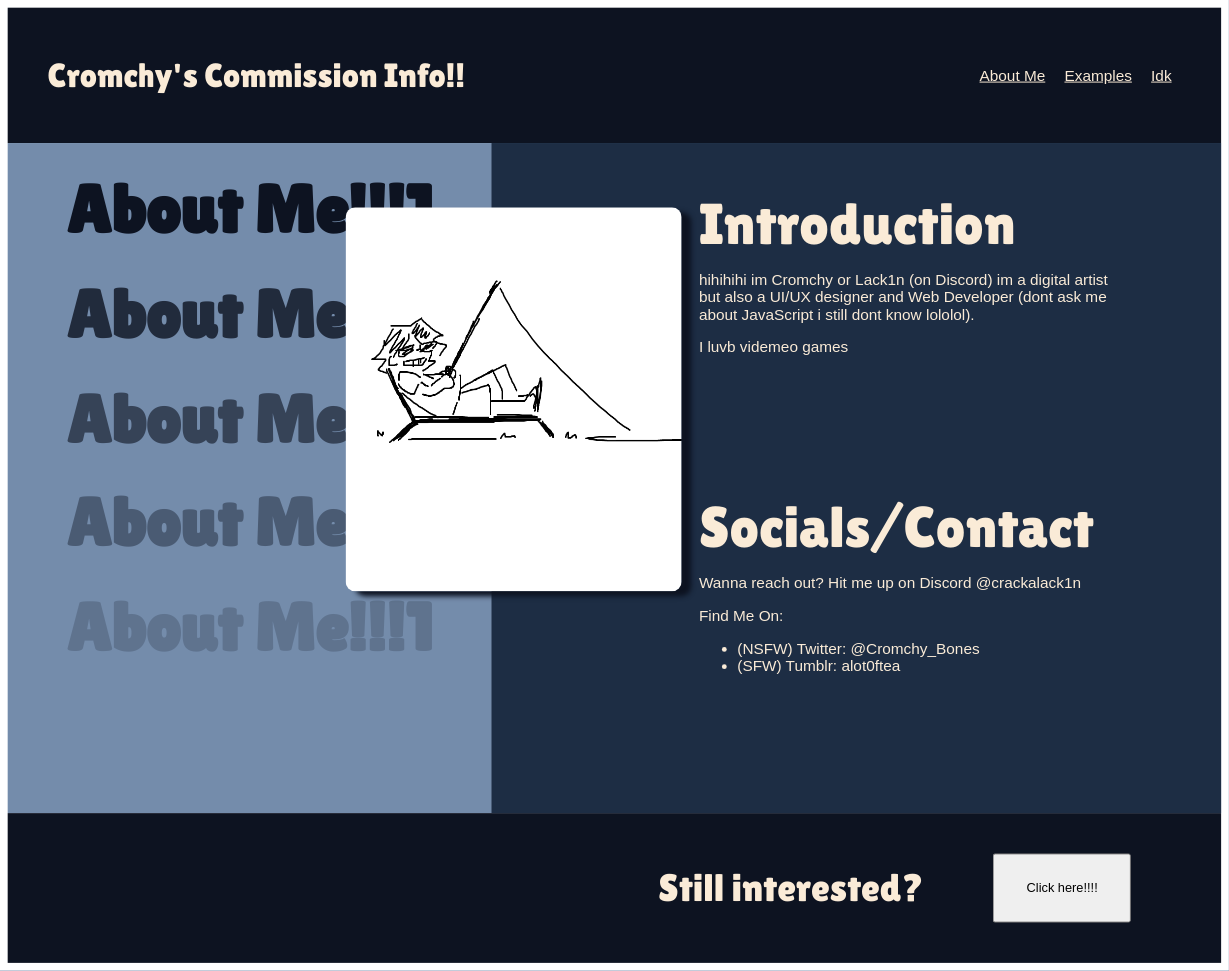
Repository: crackaLack1n/Cromchys_Commission_Site
Page: /
An editor plug-in stored every save of this project. The page is shown before and after the next save, followed by the edit.
The browser window is 1280 px wide. The pictures show the whole page, at 96% of full size.
The project was rebuilt for these pictures with package versions that can differ from the ones it lists, and the page was loaded fresh each time. The framework's server and built-in components were replaced by stand-ins that run in the browser. Also part of the build but not shown: next.config.mjs.

Above is the page before, as saved 2024-06-11 16:33:45.

After the next save:
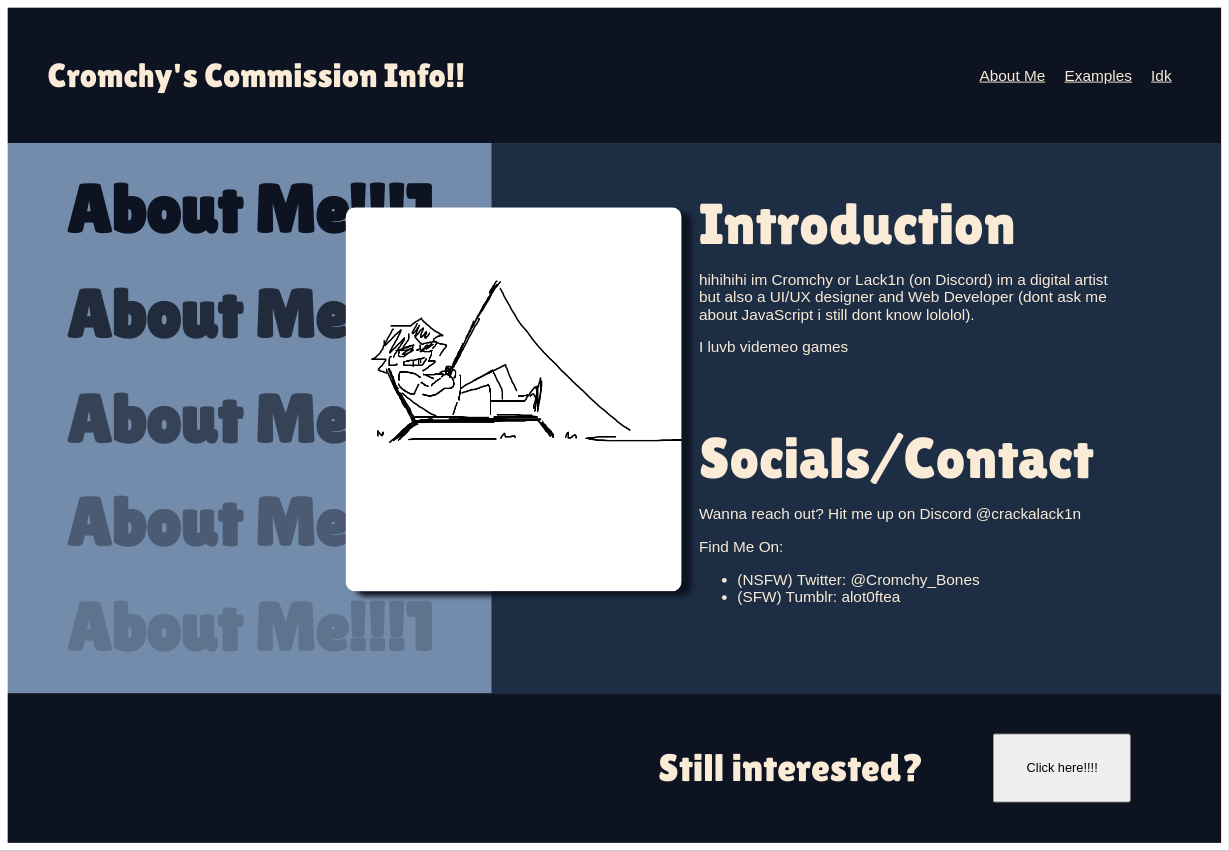
Saved 15 s later.
--- a/styles/Home.module.css
+++ b/styles/Home.module.css
@@ -47,7 +47,7 @@
 }
 
 .section {
-margin-bottom: 20vh;
+margin-bottom: 10vh;
 width: 80%;
 }
 
